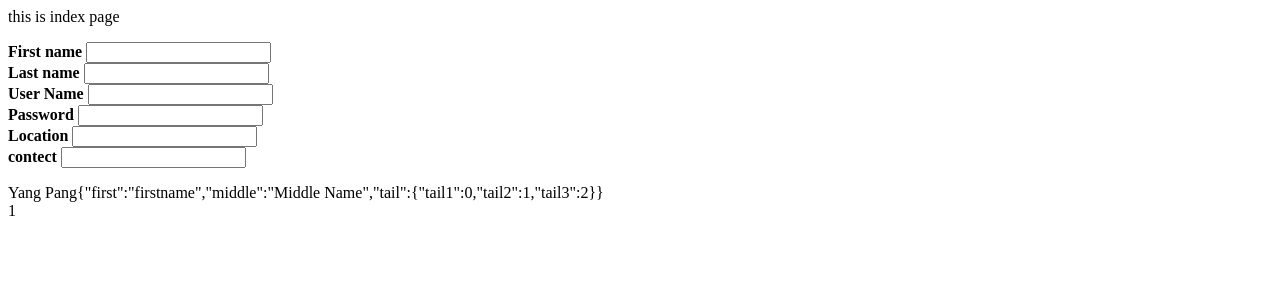
Repository: SeraYang/www
Page: http://localhost/app/index.php
An editor plug-in stored every save of this project. The page is shown before and after the next save, followed by the edit.
The browser window is 1280 px wide. The pictures show the whole page.
The page is run by PHP 8.4 with error messages shown; the project is at /var/www/html/.

Above is the page before, as saved 2016-01-28 04:35:56.

After the next save:
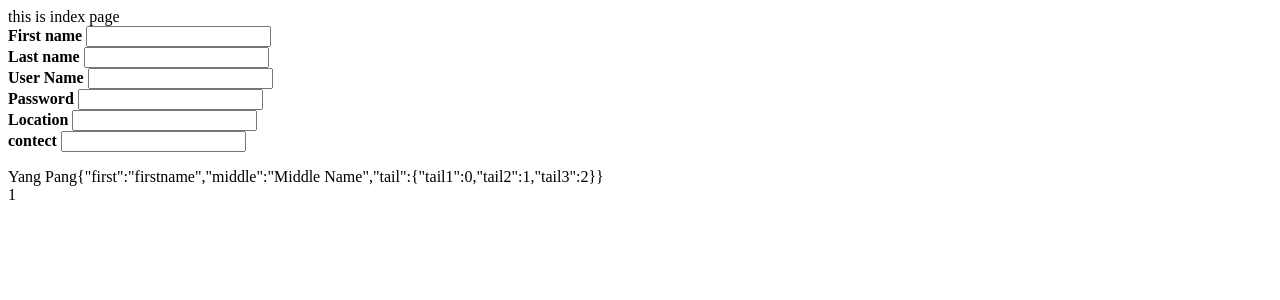
Saved 3 min 47 s later.
--- a/openhouse_app/app/index.php
+++ b/openhouse_app/app/index.php
@@ -1,6 +1,6 @@
 <html>
     <head>
-        <p> this is index page </p>
+        this is index page
     </head>
 
     <body>
